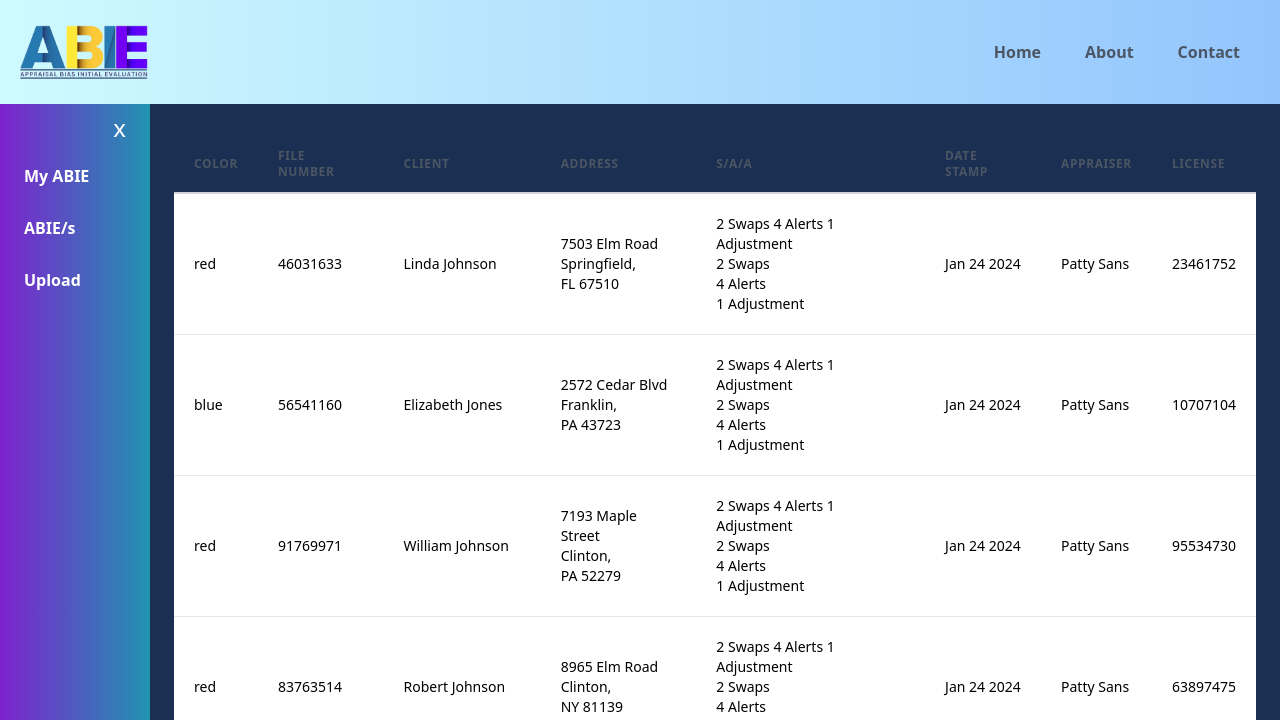
Repository: WafulaLukorito/Abie-frontend
Page: /dashboard
These files come from the project's save history. The page is drawn as it stood at one moment and after the next save; the edit follows.
The browser window is 1280 px wide. The pictures show the whole page.
An inner scrolling area shows only its first screen. The project was rebuilt for these pictures with package versions that can differ from the ones it lists, and the page was loaded fresh each time. Also part of the build but not shown: vite.config.js, src/components/Header/Button.jsx, src/components/Header/Links.jsx, src/components/Header/index.jsx, src/pages/Home.jsx, src/pages/About.jsx.

Above is the page before, as saved 2024-01-26 18:17:24.

### index.html
<!doctype html>
<html lang="en">
  <head>
    <meta charset="UTF-8" />
    <link rel="icon" type="image/svg+xml" href="src\assets\logo.png" />
    <meta name="viewport" content="width=device-width, initial-scale=1.0" />
    <title>Vite + React</title>
  </head>
  <body>
    <div id="root"></div>
    <script type="module" src="/src/main.jsx"></script>
  </body>
</html>

### src/main.jsx
import React from 'react'
import ReactDOM from 'react-dom/client'
import './index.css'
import { createBrowserRouter, RouterProvider } from 'react-router-dom'

//pages
import Home from './pages/Home'
import About from './pages/About'
import Dashboard from './pages/Dashboard'

const routes = createBrowserRouter([
  {
    path: '/',
    element: <Home/>,
  },
  {
    path: '/about',
    element: <About/>
  },
  {
    path: '/dashboard',
    element: <Dashboard/>
  },
  {
    path: '*',
    element: <div>404 Not Found</div>
  }
])

ReactDOM.createRoot(document.getElementById('root')).render(
  <React.StrictMode>
    <RouterProvider router={routes}/>
  </React.StrictMode>,
)

### src/index.css
@tailwind base;
@tailwind components;
@tailwind utilities;

* {
  margin: 0;
  padding: 0;
  box-sizing: border-box;
}

.sidebar {
  top: 6.5rem;
  background: linear-gradient(to right, #7E22CE, #2193b0);
}

### src/pages/Dashboard.jsx
import React, { useState } from 'react';
import Sidebar from "../components/Sidebar";
import NavBar from "../components/Navbar";
import mock from "./mock.json";

const Dashboard = () => {
    const [isSidebarOpen, setIsSidebarOpen] = useState(true);

    const toggleSidebar = () => {
        setIsSidebarOpen(!isSidebarOpen);
    };

    return (
        <div className="flex h-screen" style={{ backgroundColor: "#1A2F52" }}>
            <Sidebar isOpen={isSidebarOpen} toggleSidebar={toggleSidebar} />
            <div className="flex flex-col flex-1 overflow-hidden">
                <NavBar />

                {/* Main content */}
                <main className={`flex-1 overflow-x-hidden overflow-y-auto ${isSidebarOpen ? 'ml-[150px]' : 'ml-0'}`}>
                    <div className="container mx-auto px-6 py-8">
                        {/* Table */}
                        <table className="min-w-full leading-normal">
                            <thead>
                                <tr>
                                    <th className="px-5 py-3 border-b-2 border-gray-300 text-left text-xs font-semibold text-gray-600 uppercase tracking-wider">Color</th>
                                    <th className="px-5 py-3 border-b-2 border-gray-300 text-left text-xs font-semibold text-gray-600 uppercase tracking-wider">File Number</th>
                                    <th className="px-5 py-3 border-b-2 border-gray-300 text-left text-xs font-semibold text-gray-600 uppercase tracking-wider">Client</th>
                                    <th className="px-5 py-3 border-b-2 border-gray-300 text-left text-xs font-semibold text-gray-600 uppercase tracking-wider">Address</th>
                                    <th className="px-5 py-3 border-b-2 border-gray-300 text-left text-xs font-semibold text-gray-600 uppercase tracking-wider">S/A/A</th>
                                    <th className="px-5 py-3 border-b-2 border-gray-300 text-left text-xs font-semibold text-gray-600 uppercase tracking-wider">Date Stamp</th>
                                    <th className="px-5 py-3 border-b-2 border-gray-300 text-left text-xs font-semibold text-gray-600 uppercase tracking-wider">Appraiser</th>
                                    <th className="px-5 py-3 border-b-2 border-gray-300 text-left text-xs font-semibold text-gray-600 uppercase tracking-wider">License</th>
                                </tr>
                            </thead>
                            <tbody>
                                {mock.map((item, index) => (
                                    <tr key={index}>
                                        <td className="px-5 py-5 border-b border-gray-200 bg-white text-sm">{item.color}</td>
                                        <td className="px-5 py-5 border-b border-gray-200 bg-white text-sm">{item.file_num}</td>
                                        <td className="px-5 py-5 border-b border-gray-200 bg-white text-sm">{item.client}</td>
                                        <td className="px-5 py-5 border-b border-gray-200 bg-white text-sm">
                                            <div>{item.address.split('\n').map((line, idx) => <div key={idx}>{line}</div>)}</div>
                                        </td>
                                        <td className="px-5 py-5 border-b border-gray-200 bg-white text-sm">{item['S/A/A']}
                                        <div>{item['S/A/A'].split('\n').map((line, idx) => <div key={idx}>{line}</div>)}</div></td>
                                        <td className="px-5 py-5 border-b border-gray-200 bg-white text-sm">{item.date_stamp}</td>
                                        <td className="px-5 py-5 border-b border-gray-200 bg-white text-sm">{item.appraiser}</td>
                                        <td className="px-5 py-5 border-b border-gray-200 bg-white text-sm">{item.license}</td>
                                    </tr>
                                ))}
                            </tbody>
                        </table>
                    </div>
                </main>
            </div>
        </div>
    );
}

export default Dashboard;

### src/components/Navbar/index.jsx
import React from "react";
import Logo from "../../assets/logo.png"
import { Link } from "react-router-dom";

export default function NavBar() {
  return (
    <header className="text-gray-600 body-font bg-gradient-to-r from-cyan-100 to-blue-300 text-blue-800">
      <div className="container mx-auto flex flex-wrap p-5 flex-col md:flex-row items-center">
        <a className="w-32 h-16 flex title-font font-medium items-center text-gray-900 mb-4 md:mb-0">
            <img src={Logo} alt="Logo" className="w-full h-full object-contain" />
        </a>
        <nav className="md:ml-auto flex flex-wrap items-center text-base justify-center text-2xl font-semibold gap-x-6">
          <Link to='/' className="mr-5 hover:text-gray-900">Home</Link>
          <Link to='/about' className="mr-5 hover:text-gray-900">About</Link>
          <a className="mr-5 hover:text-gray-900">Contact</a>
        </nav>
      </div>
    </header>
  );
}

### src/components/Sidebar/index.jsx
import React from 'react';

const Sidebar = ({ isOpen, toggleSidebar }) => {
  // Removed the internal state management for isSidebarOpen

  return (
    <div>
      {/* Sidebar */}
      <div className={`sidebar fixed top-0 bottom-0 lg:left-0 p-2 w-[150px] overflow-y-auto text-right ${isOpen ? 'bg-purple-700' : 'hidden'}`}>

        {/* Toggle button inside sidebar when open */}
        {isOpen && (
          <span
            className="text-white text-2xl z-50 top-0 button-style mt-3 cursor-pointer hover:bg-blue-600 rounded-full py-2 px-4"
            onClick={toggleSidebar}
          >
            {"x"}
          </span>
        )}

        {/* Add a little space after the toggle button */}
        <div className="mt-2"></div>

        {/* My ABIE link */}
        <div className="flex items-center button-style mt-3 cursor-pointer hover:bg-blue-600 text-white rounded-full py-2 px-4">
          <span className="font-bold">My ABIE</span>
        </div>

        {/* ABIE/s */}
        <div className="flex items-center button-style mt-3 cursor-pointer hover:bg-blue-600 text-white rounded-full py-2 px-4">
          <span className="font-bold">ABIE/s</span>
        </div>

        {/* Upload */}
        <div className="flex items-center button-style mt-3 cursor-pointer hover:bg-blue-600 text-white rounded-full py-2 px-4">
          <span className="font-bold">Upload</span>
        </div>

      </div>

      {/* Toggle button outside sidebar when closed */}
      {!isOpen && (
        <span
          className="sidebar absolute text-white top-2 left-0 cursor-pointer z-20 bg-purple-700 p-0 rounded-md"
          onClick={toggleSidebar}
        >
          {"Menu"}
        </span>
      )}
    </div>
  );
};

export default Sidebar;

### src/pages/mock.json
[
    {
        "color": "red",
        "file_num": "46031633",
        "client": "Linda Johnson",
        "address": "7503 Elm Road\nSpringfield,\nFL 67510",
        "S/A/A": "2 Swaps\n4 Alerts\n1 Adjustment",
        "date_stamp": "Jan 24 2024",
        "appraiser": "Patty Sans",
        "license": "23461752"
    },
    {
        "color": "blue",
        "file_num": "56541160",
        "client": "Elizabeth Jones",
        "address": "2572 Cedar Blvd\nFranklin,\nPA 43723",
        "S/A/A": "2 Swaps\n4 Alerts\n1 Adjustment",
        "date_stamp": "Jan 24 2024",
        "appraiser": "Patty Sans",
        "license": "10707104"
    },
    {
        "color": "red",
        "file_num": "91769971",
        "client": "William Johnson",
        "address": "7193 Maple Street\nClinton,\nPA 52279",
        "S/A/A": "2 Swaps\n4 Alerts\n1 Adjustment",
        "date_stamp": "Jan 24 2024",
        "appraiser": "Patty Sans",
        "license": "95534730"
    },
    {
        "color": "red",
        "file_num": "83763514",
        "client": "Robert Johnson",
        "address": "8965 Elm Road\nClinton,\nNY 81139",
        "S/A/A": "2 Swaps\n4 Alerts\n1 Adjustment",
        "date_stamp": "Jan 24 2024",
        "appraiser": "Patty Sans",
        "license": "63897475"
    },
    {
        "color": "green",
        "file_num": "64919234",
        "client": "Linda Davis",
        "address": "1867 Pine Lane\nClinton,\nFL 58494",
        "S/A/A": "2 Swaps\n4 Alerts\n1 Adjustment",
        "date_stamp": "Jan 24 2024",
        "appraiser": "Patty Sans",
        "license": "73154476"
    },
    {
        "color": "green",
        "file_num": "59057620",
        "client": "Michael Rodriguez",
        "address": "3173 Maple Street\nSpringfield,\nNY 79194",
        "S/A/A": "2 Swaps\n4 Alerts\n1 Adjustment",
        "date_stamp": "Jan 24 2024",
        "appraiser": "Patty Sans",
        "license": "97857475"
    },
    {
        "color": "blue",
        "file_num": "18184892",
        "client": "Patricia Brown",
        "address": "7449 Pine Lane\nGreenville,\nTX 73761",
        "S/A/A": "2 Swaps\n4 Alerts\n1 Adjustment",
        "date_stamp": "Jan 24 2024",
        "appraiser": "Patty Sans",
        "license": "21210081"
    },
    {
        "color": "green",
        "file_num": "38604736",
        "client": "Patricia Johnson",
        "address": "1511 Pine Lane\nSpringfield, \nCA 26949",
        "S/A/A": "2 Swaps\n4 Alerts\n1 Adjustment",
        "date_stamp": "Jan 24 2024",
        "appraiser": "Patty Sans",
        "license": "63797678"
    }
]

Loaded but not shown: tailwind.config.js (common file)

After the next save:
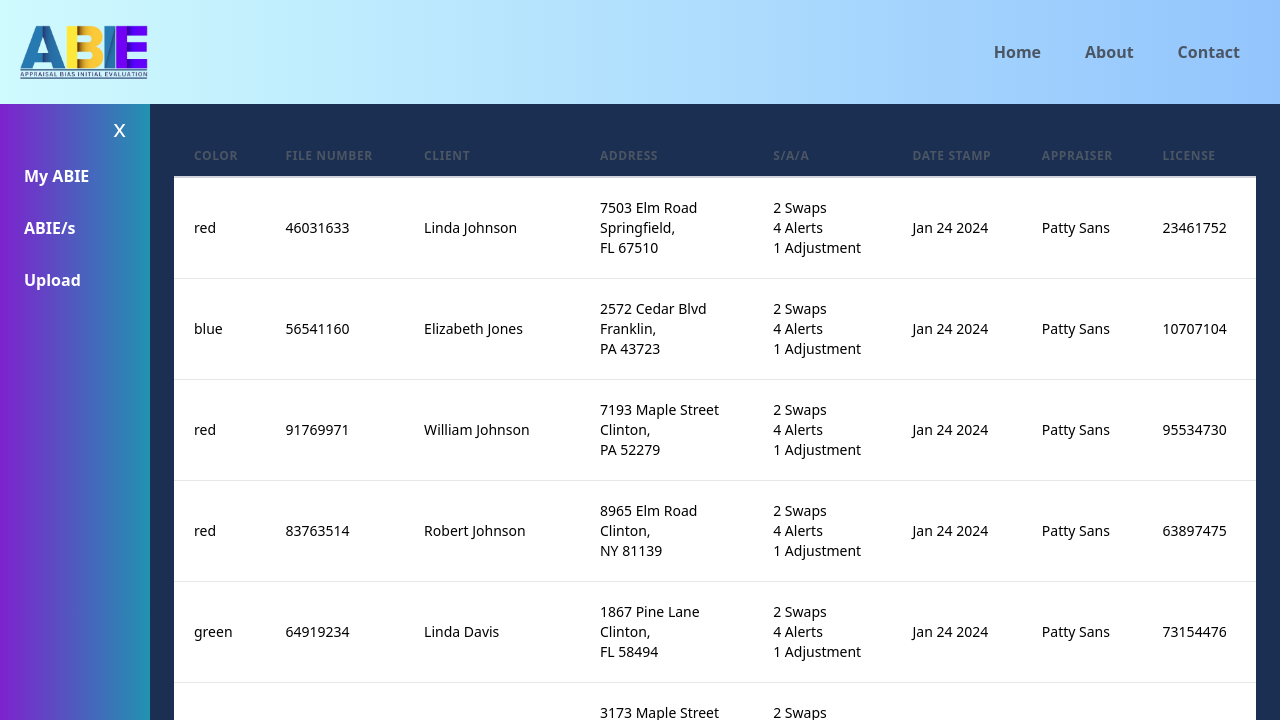
Saved 46 s later.
--- a/src/pages/Dashboard.jsx
+++ b/src/pages/Dashboard.jsx
@@ -42,7 +42,7 @@
                                         <td className="px-5 py-5 border-b border-gray-200 bg-white text-sm">
                                             <div>{item.address.split('\n').map((line, idx) => <div key={idx}>{line}</div>)}</div>
                                         </td>
-                                        <td className="px-5 py-5 border-b border-gray-200 bg-white text-sm">{item['S/A/A']}
+                                        <td className="px-5 py-5 border-b border-gray-200 bg-white text-sm">
                                         <div>{item['S/A/A'].split('\n').map((line, idx) => <div key={idx}>{line}</div>)}</div></td>
                                         <td className="px-5 py-5 border-b border-gray-200 bg-white text-sm">{item.date_stamp}</td>
                                         <td className="px-5 py-5 border-b border-gray-200 bg-white text-sm">{item.appraiser}</td>
